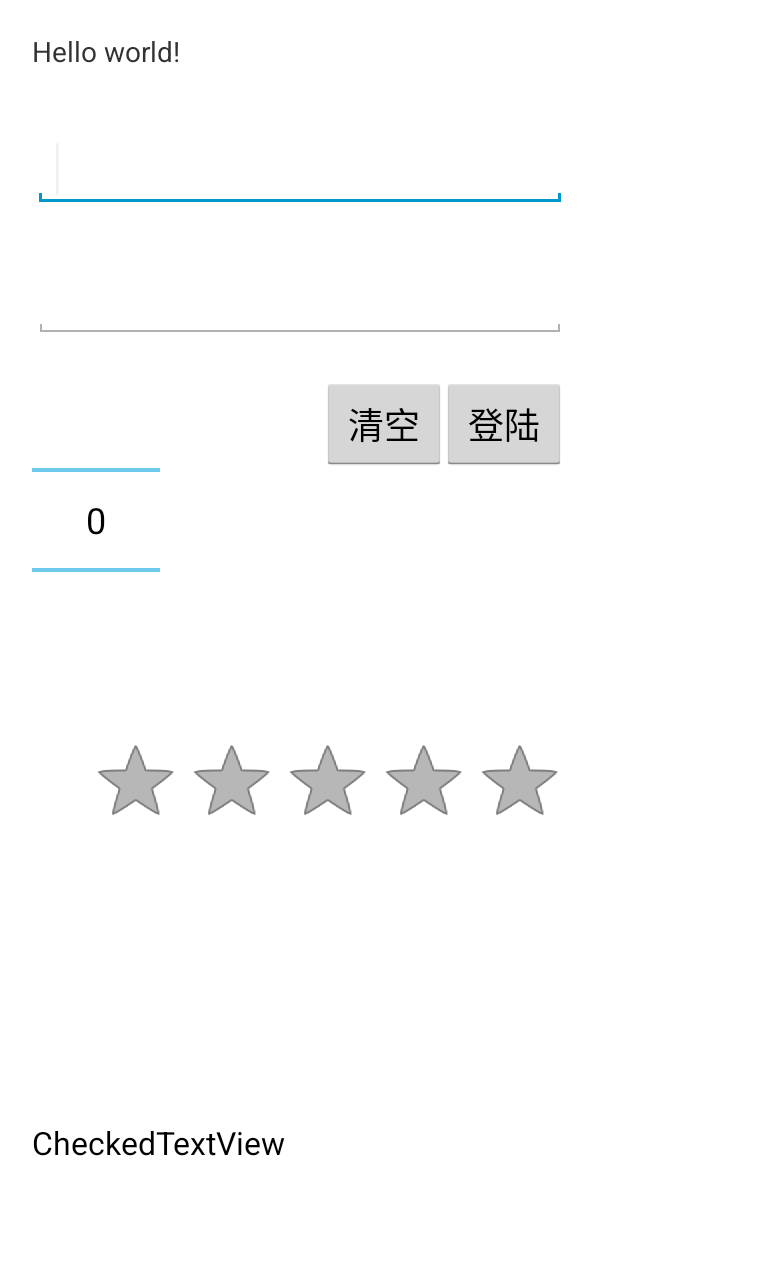
Repository: moetmd/learning-Android
Layout: MyApp/res/layout/activity_main.xml
An editor plug-in stored every save of this project. The layout is shown before and after the next save, followed by the edit.
It is drawn on a 768 x 1280 px phone screen (xhdpi) without system bars, with theme AppTheme; the app's code is not run. The app's manifest (not shown) leaves right-to-left support off. So textAlignment, textDirection and layoutDirection are ignored, and left and right values win over start and end ones.

Above is the layout before, as saved 2014-11-17 13:56:20.

### MyApp/res/layout/activity_main.xml
<RelativeLayout xmlns:android="http://schemas.android.com/apk/res/android"
    xmlns:tools="http://schemas.android.com/tools"
    android:layout_width="match_parent"
    android:layout_height="match_parent"
    android:paddingBottom="@dimen/activity_vertical_margin"
    android:paddingLeft="@dimen/activity_horizontal_margin"
    android:paddingRight="@dimen/activity_horizontal_margin"
    android:paddingTop="@dimen/activity_vertical_margin"
    tools:context="org.niit.myapp.MainActivity$PlaceholderFragment" >

    <TextView
        android:id="@+id/textView1"
        android:layout_width="wrap_content"
        android:layout_height="wrap_content"
        android:text="@string/hello_world"
        android:textAlignment="center"
         />

    <LinearLayout
        android:id="@+id/linearLayout1"
        android:layout_width="wrap_content"
        android:layout_height="wrap_content"
        android:layout_alignLeft="@+id/textView1"
        android:layout_below="@+id/textView1"
        android:orientation="vertical" >

     <EditText
        android:id="@+id/editText1"
        android:layout_width="268dp"
        android:layout_height="wrap_content"

        android:layout_marginTop="30dp"
        android:ems="10" />

     <EditText
        android:id="@+id/editText2"
        android:layout_width="match_parent"
        android:layout_height="wrap_content"
        android:layout_marginTop="26dp"
        android:ems="10"
        android:inputType="textPassword" />

        <requestFocus />

    </LinearLayout>

    <Button
        android:id="@+id/button1"
        android:layout_width="wrap_content"
        android:layout_height="wrap_content"
        android:layout_below="@+id/linearLayout1"
        android:layout_centerHorizontal="true"
        android:layout_marginTop="18dp"
        android:text="@string/reset" />

    <Button
        android:id="@+id/button2"
        android:layout_width="wrap_content"
        android:layout_height="wrap_content"
        android:layout_alignBaseline="@+id/button1"
        android:layout_alignBottom="@+id/button1"
        android:layout_alignRight="@+id/linearLayout1"
        android:text="@string/login" />

    <NumberPicker
        android:id="@+id/numberPicker1"
        android:layout_width="wrap_content"
        android:layout_height="wrap_content"
        android:layout_alignLeft="@+id/linearLayout1"
        android:layout_below="@+id/linearLayout1" />

    <CheckedTextView
        android:id="@+id/cTextView1"
        android:layout_width="wrap_content"
        android:layout_height="wrap_content"
        android:layout_alignLeft="@+id/numberPicker1"
        android:layout_alignParentBottom="true"
        android:layout_marginBottom="42dp"
        android:text="CheckedTextView" />

    <RatingBar
        android:id="@+id/ratingBar1"
        android:layout_width="wrap_content"
        android:layout_height="wrap_content"
        android:layout_alignRight="@+id/button2"
        android:layout_below="@+id/numberPicker1"
        android:layout_marginTop="16dp"
        android:max="5"
        android:numStars="5"
        android:rating="0"
        android:stepSize="1" />

</RelativeLayout>

### MyApp/res/values/strings.xml
<?xml version="1.0" encoding="utf-8"?>
<resources>

    <string name="app_name">Eclipse</string>
    <string name="hello_world">Hello world!</string>
    <string name="action_settings">Settings</string>
    <string name="new_project">new project</string>
    <string name="login">登陆</string>
	<string name="reset">清空</string>
</resources>

Loaded but not shown: MyApp/res/values/styles.xml (common file); MyApp/res/values-v11/styles.xml (common file); MyApp/res/values-v14/styles.xml (common file); MyApp/res/values/dimens.xml (common file); MyApp/res/values-w820dp/dimens.xml (common file)

After the next save:
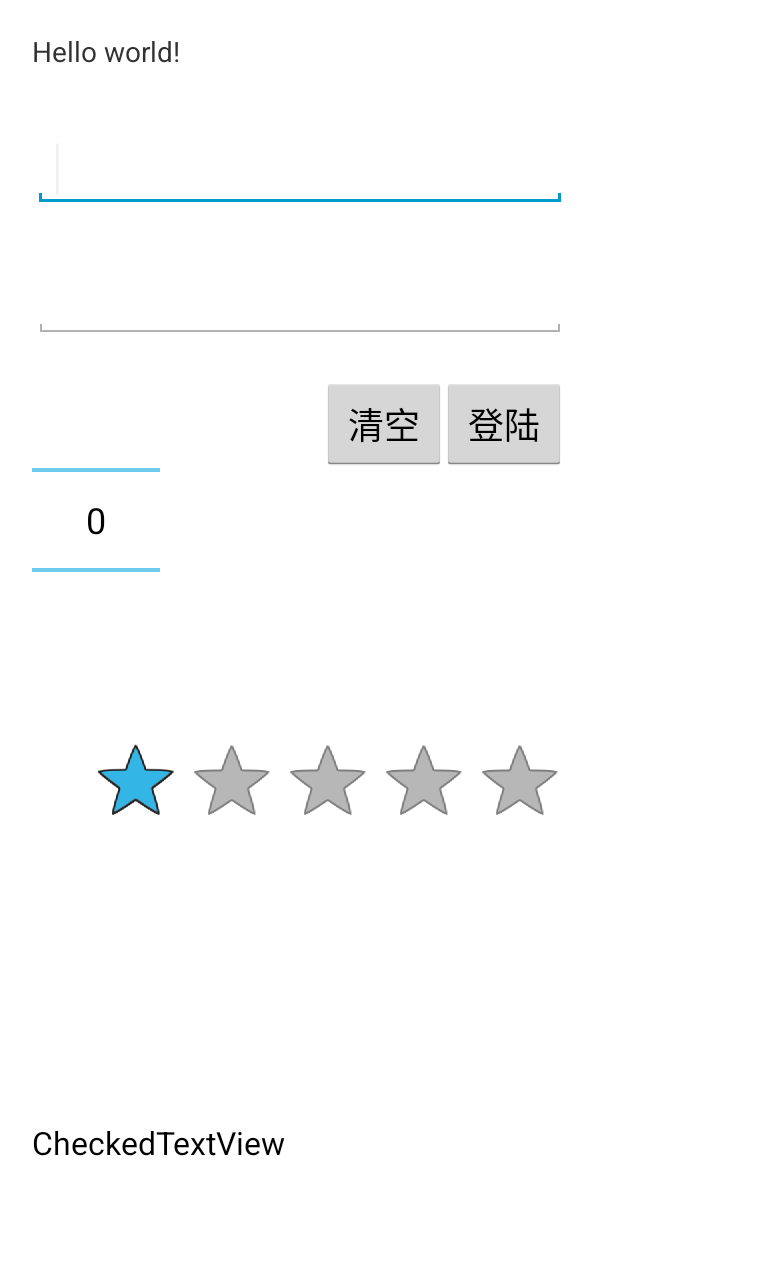
Saved 23 s later.
--- a/MyApp/res/layout/activity_main.xml
+++ b/MyApp/res/layout/activity_main.xml
@@ -87,7 +87,7 @@
         android:layout_marginTop="16dp"
         android:max="5"
         android:numStars="5"
-        android:rating="0"
+        android:rating="1"
         android:stepSize="1" />
 
 </RelativeLayout>
